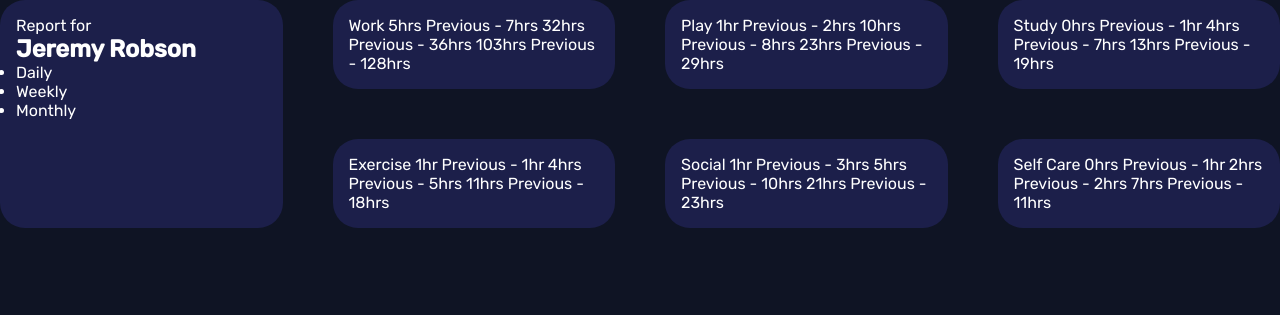
Repository: 3mr-5aled/time-tracking-dashboard-Junior
Page: index.html
The author's editor kept a copy of each file at every save. The page is drawn from the files as they stood at one save, then again after the next save.
The browser window is 1280 px wide. The pictures show the whole page.

Above is the page before, as saved 2022-12-27 15:35:55.

After the next save:
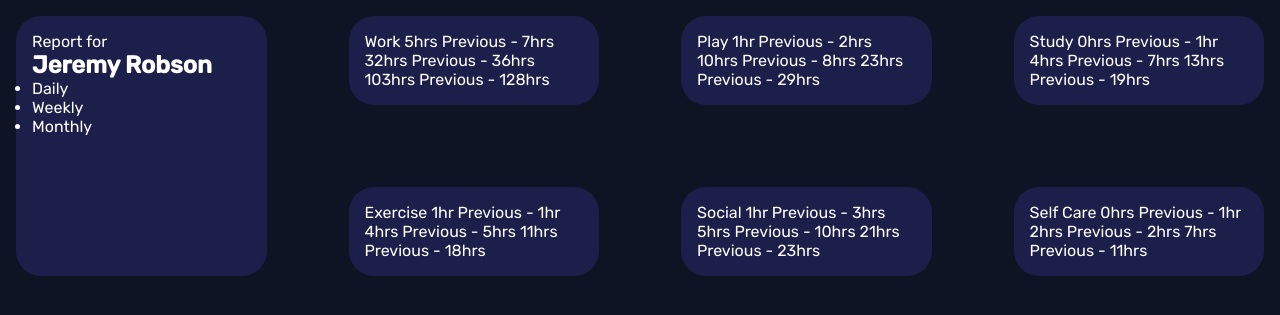
Saved 13 s later.
--- a/style.css
+++ b/style.css
@@ -57,6 +57,7 @@ body {
   background: var(--dark-blue);
   border-radius: 25px;
   padding: 1rem;
+  margin: 1rem;
 }
 
 .user {
